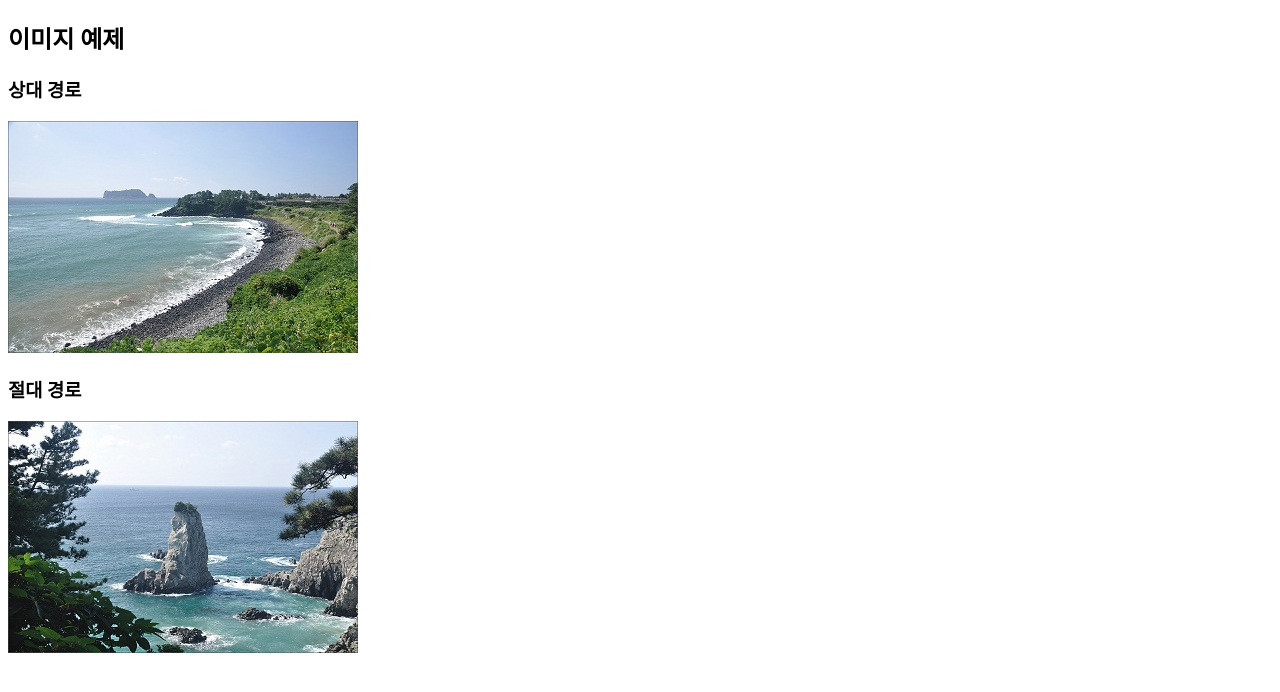
Repository: WonSeungUn/VSCODE
Page: web_work/Html/WebContent/image.html
These files come from the project's save history. The page is drawn as it stood at one moment and after the next save; the edit follows.
The browser window is 1280 px wide. The pictures show the whole page.

Above is the page before, as saved 2024-07-08 03:12:22.

### web_work/Html/WebContent/image.html
<!DOCTYPE html>
<html>
<head>
<meta charset="UTF-8">
<title>Insert title here</title>
</head>
<body>
	<h2>이미지 예제</h2>

	<h3>상대 경로</h3>
	<img src="images/road1.jpg" alt=""/>


	<h3>절대 경로</h3>
	<img src="/Html/images/road2.jpg" alt=""/>




</body>
</html>

After the next save:
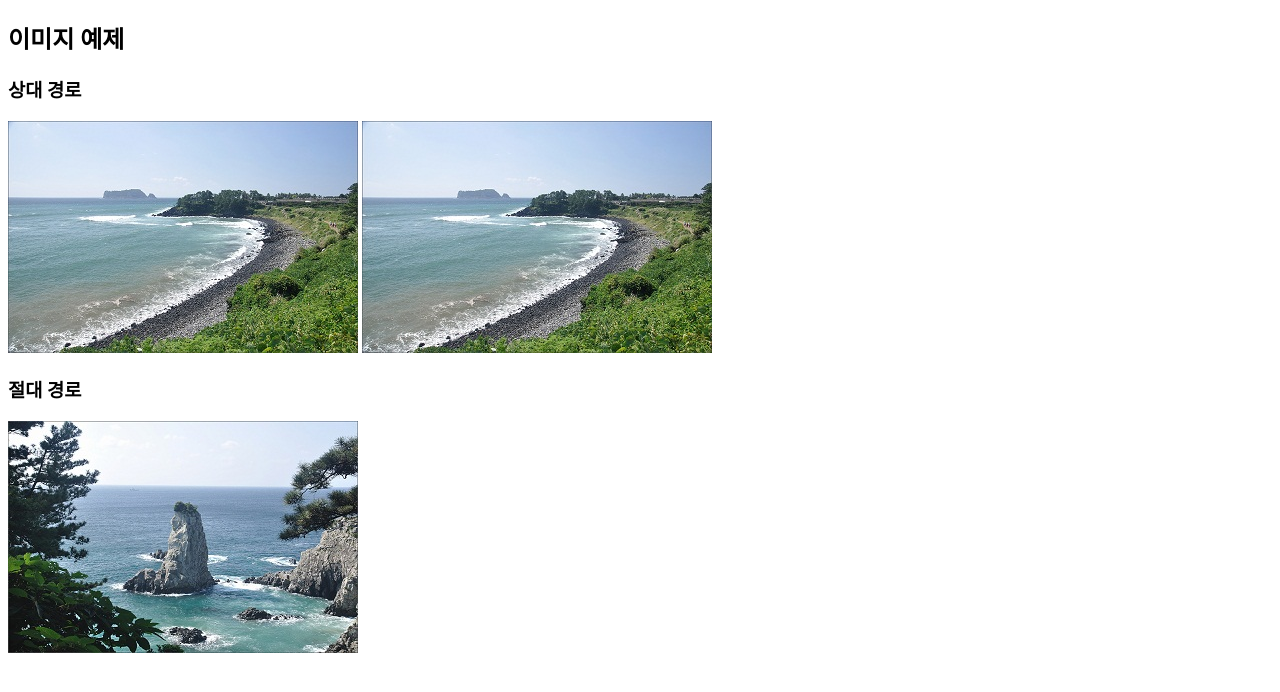
Saved 31 s later.
--- a/web_work/Html/WebContent/image.html
+++ b/web_work/Html/WebContent/image.html
@@ -9,6 +9,7 @@
 
 	<h3>상대 경로</h3>
 	<img src="images/road1.jpg" alt=""/>
+	<img src="./images/road1.jpg" alt=""/>
 
 
 	<h3>절대 경로</h3>
